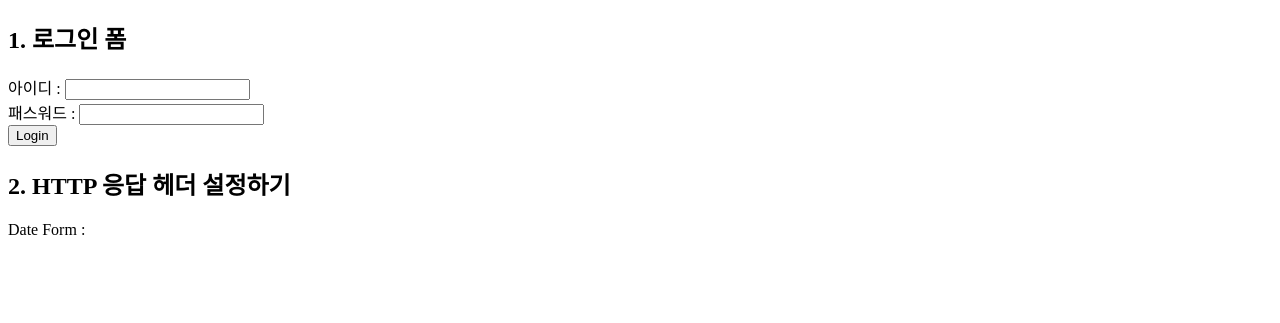
Repository: Jadedvst/JSP-Servlet
Page: http://localhost/MustHaveJSP/02ImplicitObject/ResponseMain.jsp
These files come from the project's save history. The page is drawn as it stood at one moment and after the next save; the edit follows.
The browser window is 1280 px wide. The pictures show the whole page.
The page is served by Tomcat 9.

Above is the page before, as saved 2023-12-11 03:53:54.

After the next save:
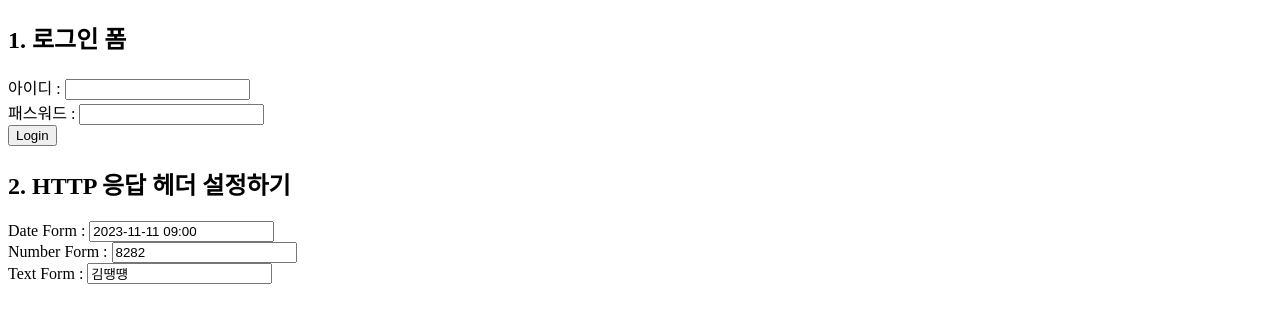
Saved 77 s later.
--- a/MustHaveJSP/src/main/webapp/02ImplicitObject/ResponseMain.jsp
+++ b/MustHaveJSP/src/main/webapp/02ImplicitObject/ResponseMain.jsp
@@ -20,9 +20,9 @@
 
 	<h2>2. HTTP 응답 헤더 설정하기</h2>
 	<form action="./ResponseHeader.jsp" method="get">
-	Date Form : <input type="text" name="add_date" value="2023-11-11 09:00/><br/>
-	Date Form : <input type="text" name="add_date" value="2023-11-11 09:00/><br/>
-	Date Form : <input type="text" name="add_date" value="2023-11-11 09:00/><br/>
+	Date Form : <input type="text" name="add_date" value="2023-11-11 09:00"/><br/>
+	Number Form : <input type="text" name="add_int" value="8282"/><br/>
+	Text Form : <input type="text" name="add_str" value="김땡떙"/><br/>
 	</form>
 </body>
 </html>
